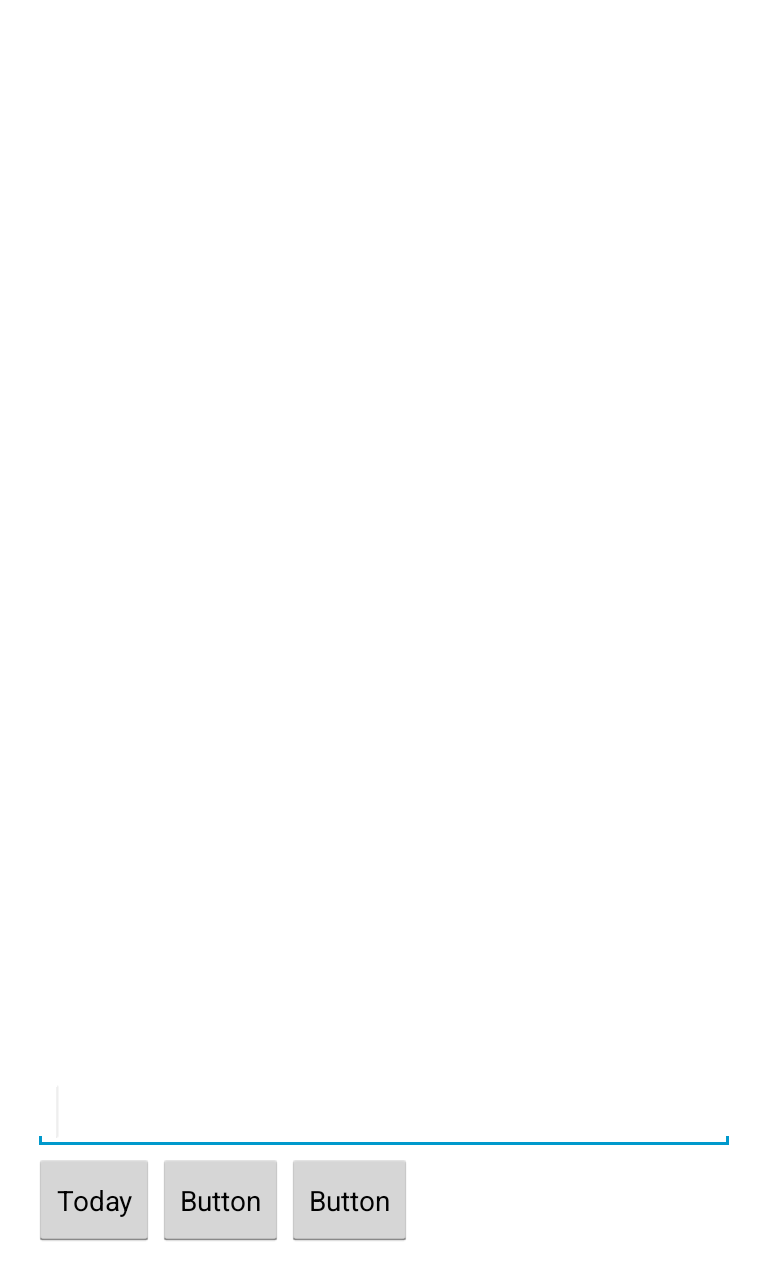
Repository: heatherpriceonline/tapia2014
Layout: Now/res/layout/activity_main.xml
The author's editor kept a copy of each file at every save. The layout is drawn from the files as they stood at one save, then again after the next save.
It is drawn on a 768 x 1280 px phone screen (xhdpi) without system bars, with theme AppTheme; the app's code is not run.

Above is the layout before, as saved 2014-02-08 19:34:54.

### Now/res/layout/activity_main.xml
<RelativeLayout xmlns:android="http://schemas.android.com/apk/res/android"
    xmlns:tools="http://schemas.android.com/tools"
    android:layout_width="match_parent"
    android:layout_height="match_parent"
    android:paddingBottom="@dimen/activity_vertical_margin"
    android:paddingLeft="@dimen/activity_horizontal_margin"
    android:paddingRight="@dimen/activity_horizontal_margin"
    android:paddingTop="@dimen/activity_vertical_margin"
    tools:context=".MainActivity" >

    <TabHost
        android:id="@android:id/tabhost"
        android:layout_width="match_parent"
        android:layout_height="match_parent"
        android:layout_alignParentLeft="true"
        android:layout_alignParentTop="true" >

        <LinearLayout
            android:layout_width="match_parent"
            android:layout_height="match_parent"
            android:orientation="vertical" >

            <TabWidget
                android:id="@android:id/tabs"
                android:layout_width="313dp"
                android:layout_height="wrap_content" >
            </TabWidget>

            <FrameLayout
                android:id="@android:id/tabcontent"
                android:layout_width="match_parent"
                android:layout_height="match_parent" >

                <LinearLayout
                    android:id="@+id/Today"
                    android:layout_width="match_parent"
                    android:layout_height="match_parent"
                    android:gravity="bottom"
                    android:orientation="vertical" >

                    <EditText
                        android:id="@+id/editText1"
                        android:layout_width="match_parent"
                        android:layout_height="wrap_content"
                        android:ems="10" >

                        <requestFocus />
                    </EditText>

                    <LinearLayout
                        android:layout_width="match_parent"
                        android:layout_height="wrap_content" >

                        <Button
                            android:id="@+id/button1"
                            style="?android:attr/buttonStyleSmall"
                            android:layout_width="wrap_content"
                            android:layout_height="wrap_content"
                            android:text="@string/today" />

                        <Button
                            android:id="@+id/button2"
                            style="?android:attr/buttonStyleSmall"
                            android:layout_width="wrap_content"
                            android:layout_height="wrap_content"
                            android:text="Button" />

                        <Button
                            android:id="@+id/button3"
                            style="?android:attr/buttonStyleSmall"
                            android:layout_width="wrap_content"
                            android:layout_height="wrap_content"
                            android:text="Button" />

                    </LinearLayout>

                </LinearLayout>

                <LinearLayout
                    android:id="@+id/Tomorrow"
                    android:layout_width="match_parent"
                    android:layout_height="match_parent" >
                </LinearLayout>

                <LinearLayout
                    android:id="@+id/In the Future"
                    android:layout_width="match_parent"
                    android:layout_height="match_parent" >
                </LinearLayout>
            </FrameLayout>
        </LinearLayout>
    </TabHost>

</RelativeLayout>

### Now/res/values/strings.xml
<?xml version="1.0" encoding="utf-8"?>
<resources>

    <string name="app_name">Now!</string>
    <string name="action_settings">Settings</string>
    <string name="hello_world">Hello world!</string>
    <string name="today">Today</string>
    <string name="tomorrow">Tomorrow</string>
    <string name="future">In the Future</string>

</resources>

Loaded but not shown: Now/res/values/styles.xml (common file); Now/res/values-v11/styles.xml (common file); Now/res/values-v14/styles.xml (common file); Now/res/values/dimens.xml (common file)

After the next save:
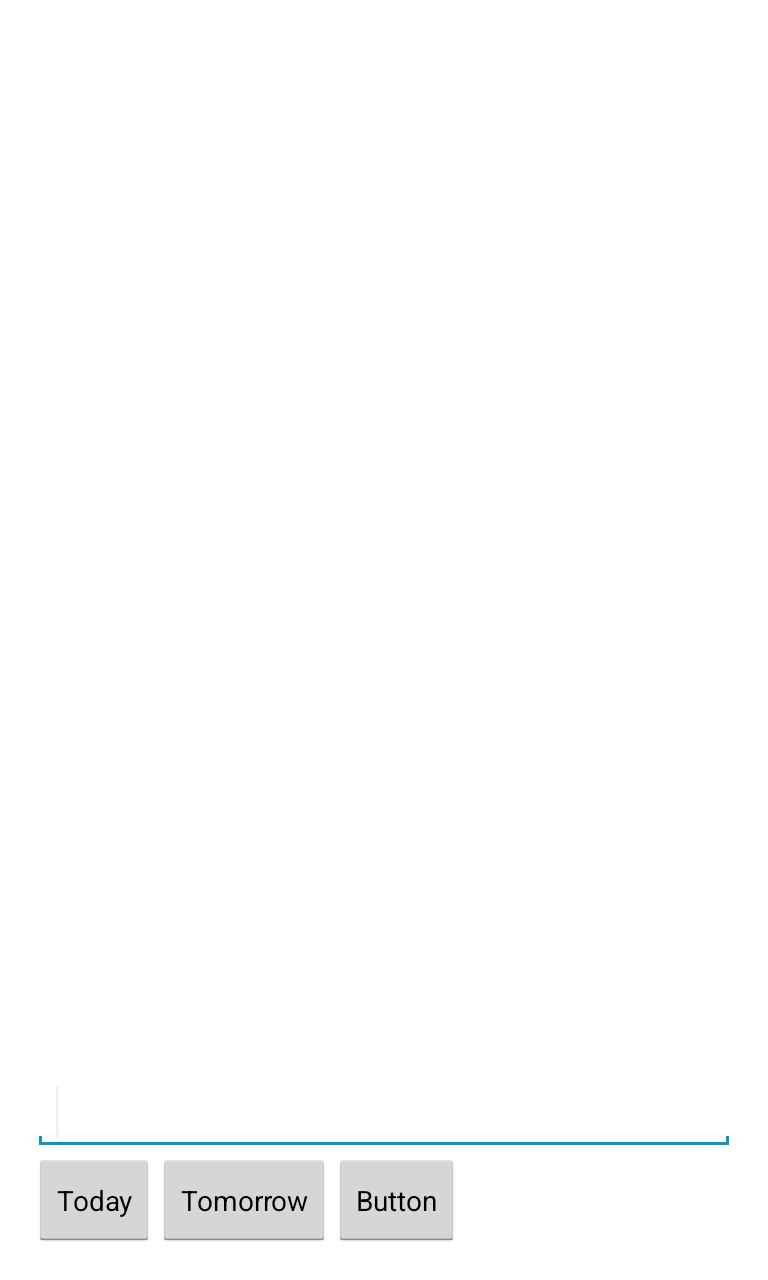
Saved 5 s later.
--- a/Now/res/layout/activity_main.xml
+++ b/Now/res/layout/activity_main.xml
@@ -63,7 +63,7 @@
                             style="?android:attr/buttonStyleSmall"
                             android:layout_width="wrap_content"
                             android:layout_height="wrap_content"
-                            android:text="Button" />
+                            android:text="@string/tomorrow" />
 
                         <Button
                             android:id="@+id/button3"
